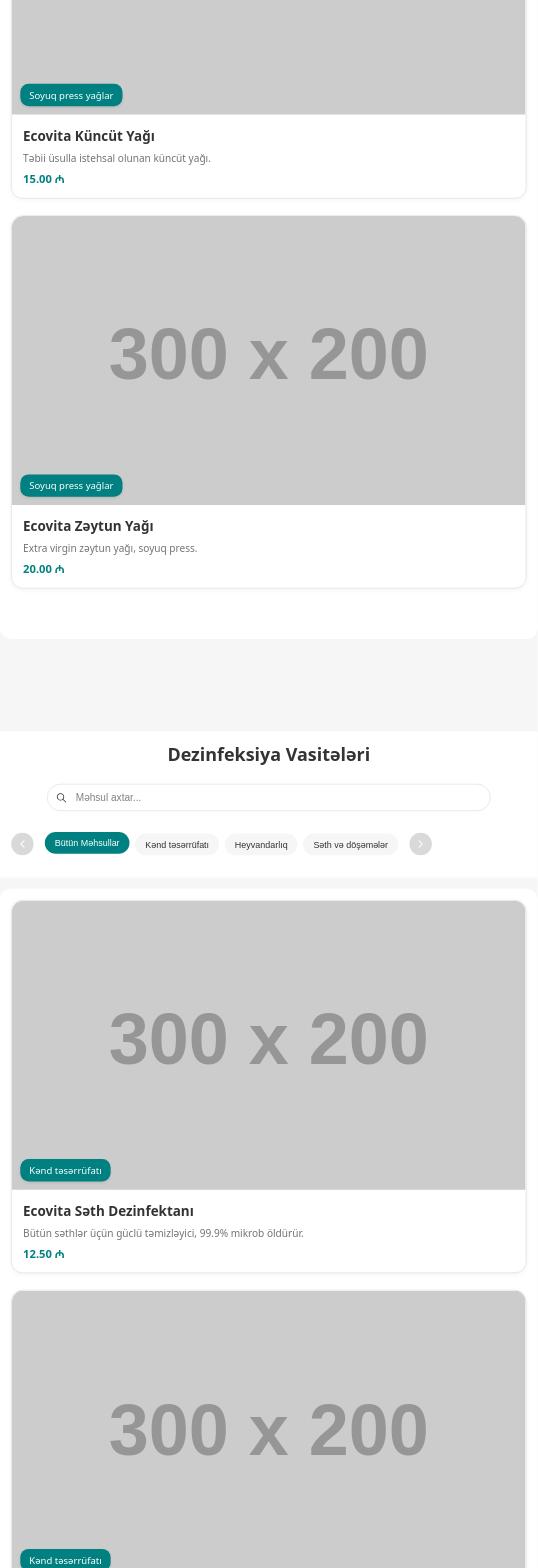
Repository: ferhadsultan98/ecovita
Page: /
The author's editor kept a copy of each file at every save. The page is drawn from the files as they stood at one save, then again after a run of saves.
The browser window is 768 px wide. The pictures show the part of the page from y = 1794 to 4034 px (the page is 7147 px tall before and 7099 px after), at 70% of full size.
The project was rebuilt for these pictures with package versions that can differ from the ones it lists, and the page was loaded fresh each time. Also part of the build but not shown: vite.config.js.

Above is the page before, as saved 2025-05-06 10:32:33.

After the next 2 saves:
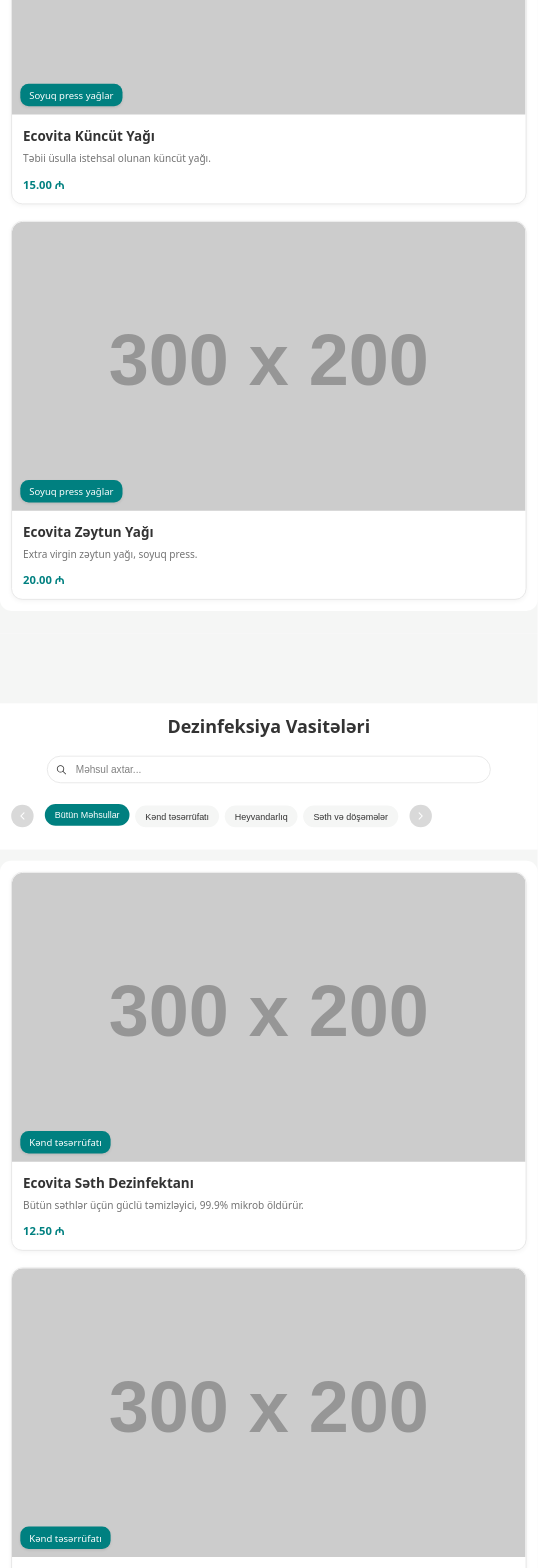
The 2 saves are shown as one change because they came seconds apart.
The last was saved 16 s later.
--- a/src/Pages/MenuSection/MenuSection.scss
+++ b/src/Pages/MenuSection/MenuSection.scss
@@ -207,7 +207,7 @@
   }
 
   .menu-content {
-    padding: 2rem 1rem 4rem 1rem; // Increased bottom padding to ensure all cards are visible
+    padding: 2rem 1rem;
     background: $secondary-color;
     border-radius: 16px;
     margin: 1rem auto;
@@ -217,7 +217,6 @@
       display: grid;
       grid-template-columns: repeat(auto-fill, minmax(280px, 1fr));
       gap: 1.5rem;
-      padding: 0 0 2.5rem 0; // Added bottom padding to ensure cards are fully visible
 
       .menu-item {
         display: flex;
@@ -286,13 +285,13 @@
               color: lighten($text-color, 25%);
               line-height: 1.5;
               flex: 1;
-              margin-bottom: 0.5rem; // Added margin to ensure spacing before footer
             }
 
             .menu-item-footer {
               display: flex;
               justify-content: space-between;
               align-items: center;
+              margin-top: 1rem;
 
               .menu-item-price {
                 font-size: 1rem;
@@ -354,7 +353,6 @@
     .menu-load-more {
       text-align: center;
       margin-top: 2rem;
-      padding-bottom: 2rem; // Added padding to ensure button has space
 
       .load-more-button {
         background: $primary-color;
@@ -380,10 +378,10 @@
     padding-top: 100px; // Slightly less padding for medium screens
 
     .menu-content {
-      padding: 1.5rem 1rem 3.5rem 1rem; // Increased bottom padding for medium screens
+      padding: 1.5rem;
+
       .menu-grid {
         grid-template-columns: repeat(auto-fill, minmax(240px, 1fr));
-        padding-bottom: 2rem; // Increased padding for medium screens
       }
     }
 
@@ -453,10 +451,10 @@
     }
 
     .menu-content {
-      padding: 1rem 1rem 3rem 1rem; // Increased bottom padding for mobile
+      padding: 1rem;
+
       .menu-grid {
         grid-template-columns: 1fr;
-        padding-bottom: 1.5rem; // Increased padding for mobile
 
         .menu-item-card {
           .menu-item-content {
